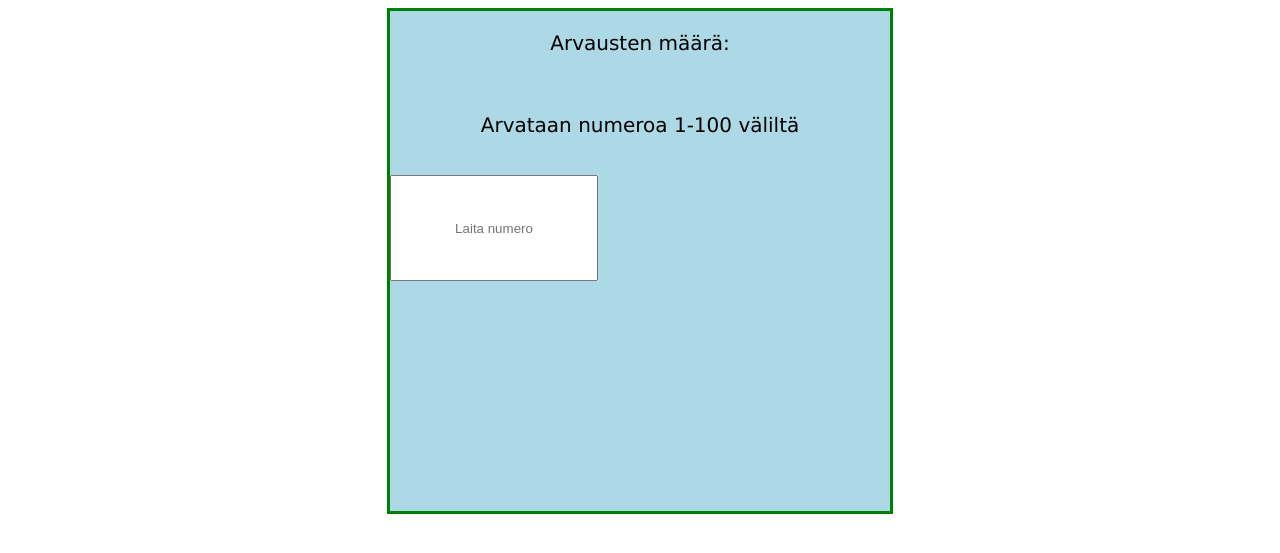
Repository: VadimZubchenko/numeronarvouspeli_JS
Page: public/index.html
An editor plug-in stored every save of this project. The page is shown before and after the next save, followed by the edit.
The browser window is 1280 px wide. The pictures show the whole page.

Above is the page before, as saved 2022-04-26 08:10:28.

### public/index.html
<!DOCTYPE html>
<html lang="en">
<head>
  <meta charset="UTF-8">
  <meta http-equiv="X-UA-Compatible" content="IE=edge">
  <meta name="viewport" content="width=device-width, initial-scale=1.0">
  <title>Numeroarvouspeli</title>
  <script src="script.js"></script>
  <link rel="stylesheet" href="mystyle.css">
</head>
<body>
  <div>
    <p id="maara" >Arvausten määrä: </p>
    <br>
    <p id="message" value="0"> Arvataan numeroa 1-100 väliltä </p>
    <br>
    <input type="text" id="numero" name="numero" onfocus="this.value='' "placeholder="Laita numero">
    <br>
    <br>
    <button id="startGame" onclick="startGame()">Start</button>
    <button id="resetGame" onclick="resetGame()">Reset</button>

  </div>
</body>
</html>

### public/script.js
var running = 0;

let lastMin = 0;
let lastMax = 101;
let kpl = 0;

let arvo = Math.floor(Math.random() * 100);
console.log("Arvo :" + arvo);

function startGame() {
  let text = document.getElementById("message");
  text.style.color = "";
  document.body.style.backgroundColor = "";
  let clientArvo = document.getElementById("numero").value;
  //tarkistetaan syöty arvo onko numerollinen. jos on, sitten 'false'
  let checkNaN = isNaN(clientArvo);

  console.log("clientArvo: " + clientArvo);
  console.log("ei ole numero: " + checkNaN);

  if (lastMin < clientArvo && clientArvo < lastMax && !checkNaN) {
    if (clientArvo < arvo) {
      lastMin = clientArvo;
      document.getElementById("message").innerHTML =
        "Valitse luku suurempi kuin: " + clientArvo + ". <br>Yritä uudelleen!";
      kpl++;
    }
    if (clientArvo > arvo) {
      lastMax = clientArvo;
      document.getElementById("message").innerHTML =
        "Valitse luku pienempi kuin: " + clientArvo + ". <br>Yritä uudelleen!";
      kpl++;
    }
    if (clientArvo == arvo) {
      document.getElementById("message").innerHTML =
        "Arvosit oikein! Se oli " + arvo + ".";

      text.style.color = "red";
      document.body.style.backgroundColor = "yellow";
    }
  } else {
    document.getElementById("message").innerHTML =
      "Ups! Jotain meni pielen. <br>Syötä numerollinen arvo, joka suurempi kuin " +
      lastMin +
      " ja pienempi kuin : " +
      lastMax;
    text.style.color = "red";
    document.body.style.backgroundColor = "pink";
  }
  document.getElementById("maara").innerHTML = "Arvausten määrä: " + kpl;
  console.log("min:" + lastMin);
  console.log("max: :" + lastMax);
}

function resetGame() {
  clientArvo = 0;
  arvo = 0;
  lastMin = 0;
  lastMax = 101;
  kpl = 0;
  document.getElementById("numero").value = "";
  document.getElementById("maara").innerHTML = "Arvausten määrä: " + kpl;
  message = document.getElementById("message");
  document.getElementById("message").innerHTML = "Arva numero 1-100 väliltä";
  document.body.style.backgroundColor = "";
  message.style.color = "";
}

### public/mystyle.css



div{
  height: 500px;
  width: 500px;
  margin: auto;
  border: 3px solid green;
  background-color: lightblue;
}
input {
  height: 100px;
  width: 200px;
  color: black;
  text-align: center;
  position: absolute;

}

p {
  font-family: verdana;
  font-size: 20px;
  color: black;
  text-align: center;
}

After the next save:
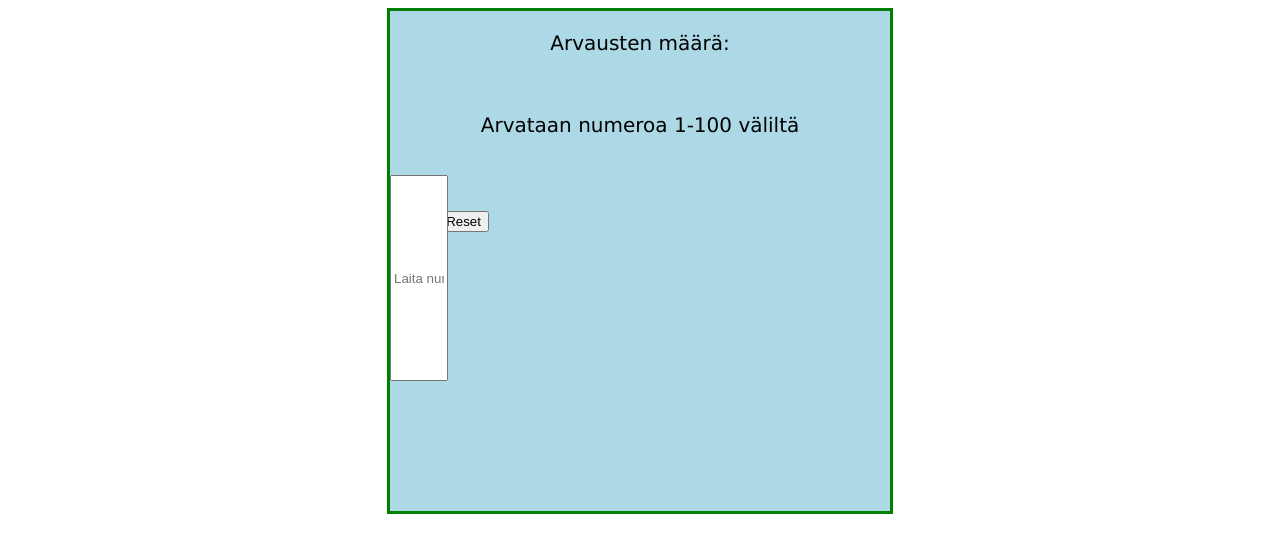
Saved 14 s later.
--- a/public/mystyle.css
+++ b/public/mystyle.css
@@ -9,8 +9,8 @@ div{
   background-color: lightblue;
 }
 input {
-  height: 100px;
-  width: 200px;
+  height: 200px;
+  width: 50px;
   color: black;
   text-align: center;
   position: absolute;
